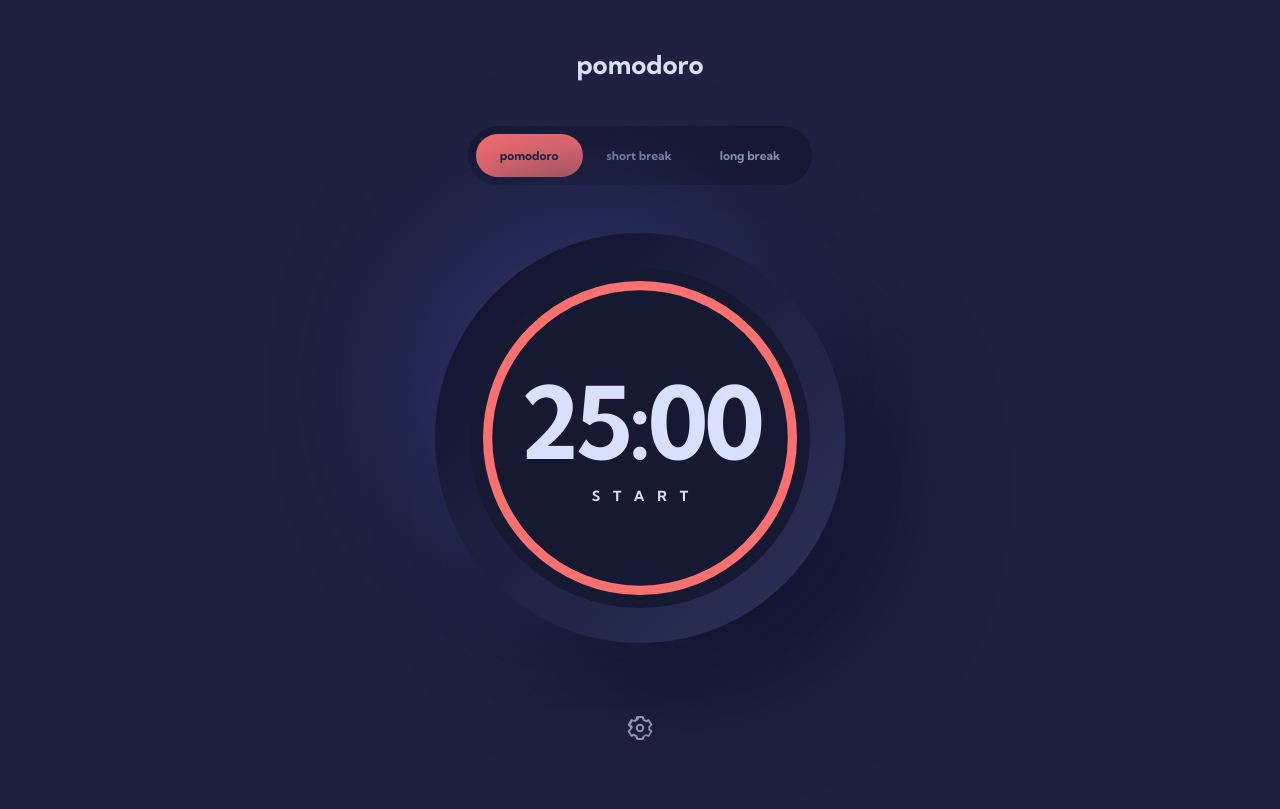
Repository: blordeus/pomodoro-app
Page: /
The author's editor kept a copy of each file at every save. The page is drawn from the files as they stood at one save, then again after the next save.
The browser window is 1280 px wide. The pictures show the whole page.
The project was rebuilt for these pictures with package versions that can differ from the ones it lists, and the page was loaded fresh each time. Also part of the build but not shown: src/components/TimeInput.jsx, src/components/SettingsModal.jsx.

Above is the page before, as saved 2026-05-09 17:58:37.

### index.html
<!doctype html>
<html lang="en">
  <head>
    <meta charset="UTF-8" />
    <meta name="viewport" content="width=device-width, initial-scale=1.0" />
    <title>Pomodoro App</title>
  </head>
  <body>
    <div id="root"></div>
    <script type="module" src="/src/main.jsx"></script>
  </body>
</html>

### src/main.jsx
import React from 'react';
import { createRoot } from 'react-dom/client';
import './index.css';
import App from './App.jsx';

createRoot(document.getElementById('root')).render(
  <React.StrictMode>
    <App />
  </React.StrictMode>
);

### src/index.css
@import url('https://fonts.googleapis.com/css2?family=Kumbh+Sans:wght@400;700&family=Roboto+Slab:wght@400;700&family=Space+Mono:wght@400;700&display=swap');

/* ─── Design Tokens ─────────────────────────────────────────── */
:root {
  --bg: #1E213F;
  --surface: #161932;
  --surface-alt: #0D0E1C;
  --text-primary: #D7E0FF;
  --text-muted: #8895B3;
  --modal-bg: #FFFFFF;
  --modal-text: #161932;
  --modal-label: #1E213F;
  --modal-section-title: #161932;
  --input-bg: #EFF1FA;
  --input-text: #1E213F;
  --divider: #E3E1E1;

  /* Accent — overridden by useSettings via JS */
  --accent: #F87070;

  /* Font — overridden by useSettings via JS */
  --font-app: 'Kumbh Sans', sans-serif;

  /* Timer sizing */
  --timer-outer: 410px;
  --timer-inner: 340px;
  --timer-ring-size: 339px;
}

/* ─── Reset & Base ──────────────────────────────────────────── */
*, *::before, *::after {
  box-sizing: border-box;
  margin: 0;
  padding: 0;
}

body {
  font-family: var(--font-app);
  background-color: var(--bg);
  color: var(--text-primary);
  min-height: 100vh;
  transition: font-family 0.2s ease;
}

button {
  cursor: pointer;
  border: none;
  background: none;
  font-family: inherit;
}

/* ─── App Layout ────────────────────────────────────────────── */
.app {
  display: flex;
  flex-direction: column;
  align-items: center;
  padding: 48px 24px 56px;
  min-height: 100vh;
}

.app__title {
  font-size: 1.625rem;
  font-weight: 700;
  letter-spacing: 0;
  color: var(--text-primary);
  margin-bottom: 45px;
}

/* ─── Mode Selector ─────────────────────────────────────────── */
.mode-selector {
  display: flex;
  align-items: center;
  background-color: var(--surface);
  border-radius: 31.5px;
  padding: 8px;
  gap: 0;
  margin-bottom: 48px;
}

.mode-btn {
  font-family: var(--font-app);
  font-size: 0.75rem;
  font-weight: 700;
  color: var(--text-muted);
  border-radius: 26.5px;
  padding: 14px 24px;
  transition: color 0.25s ease, background-color 0.25s ease;
  white-space: nowrap;
}

.mode-btn:hover {
  color: var(--text-primary);
}

.mode-btn--active {
  background-color: var(--accent);
  color: var(--modal-label);
}

/* ─── Timer ─────────────────────────────────────────────────── */
.timer-wrapper {
  margin-bottom: 63px;
}

.timer-outer {
  width: var(--timer-outer);
  height: var(--timer-outer);
  border-radius: 50%;
  background: linear-gradient(315deg, #2E325A 0%, #0E112A 100%);
  box-shadow:
    -50px -50px 100px #272C5A,
    50px 50px 100px #121530;
  display: flex;
  align-items: center;
  justify-content: center;
}

.timer-inner {
  width: var(--timer-inner);
  height: var(--timer-inner);
  border-radius: 50%;
  background: var(--surface);
  display: flex;
  align-items: center;
  justify-content: center;
  position: relative;
}

.timer-ring {
  position: absolute;
  inset: 0;
  display: flex;
  align-items: center;
  justify-content: center;
  width: 100%;
  height: 100%;
  padding: 13px;
}

.progress-ring {
  overflow: visible;
  width: 100%;
  height: 100%;
}

.timer-face {
  position: relative;
  z-index: 1;
  display: flex;
  flex-direction: column;
  align-items: center;
  gap: 15px;
  padding: 20px 40px;
  border-radius: 50%;
  background: transparent;
  transition: opacity 0.15s ease;
}

.timer-face:hover .timer-action {
  color: var(--accent);
}

.timer-time {
  font-family: var(--font-app);
  font-size: 6.25rem;
  font-weight: 700;
  color: var(--text-primary);
  letter-spacing: -4px;
  line-height: 1;
}

.timer-action {
  font-family: var(--font-app);
  font-size: 0.875rem;
  font-weight: 700;
  letter-spacing: 13px;
  color: var(--text-primary);
  text-transform: uppercase;
  transition: color 0.2s ease;
  /* offset to account for letter-spacing on last char */
  padding-left: 13px;
}

/* ─── Settings Trigger ──────────────────────────────────────── */
.settings-trigger {
  color: var(--text-muted);
  transition: color 0.2s ease;
  padding: 8px;
}

.settings-trigger:hover {
  color: var(--text-primary);
}

/* ─── Settings Modal ────────────────────────────────────────── */
.modal-backdrop {
  position: fixed;
  inset: 0;
  background: rgba(10, 12, 28, 0.5);
  display: flex;
  align-items: center;
  justify-content: center;
  z-index: 100;
  padding: 24px;
}

.modal {
  background: var(--modal-bg);
  border-radius: 25px;
  width: 100%;
  max-width: 540px;
  position: relative;
  overflow: visible;
}

.modal__header {
  display: flex;
  align-items: center;
  justify-content: space-between;
  padding: 34px 40px 28px;
  border-bottom: 1px solid var(--divider);
}

.modal__title {
  font-size: 1.75rem;
  font-weight: 700;
  color: var(--modal-label);
}

.modal__close {
  color: var(--text-muted);
  padding: 4px;
  transition: color 0.2s ease;
  display: flex;
  align-items: center;
  justify-content: center;
}

.modal__close:hover {
  color: var(--modal-label);
}

.modal__body {
  padding: 24px 40px;
}

.modal__section {
  padding: 24px 0;
}

.modal__section--row {
  display: flex;
  align-items: center;
  justify-content: space-between;
}

.modal__section-title {
  font-size: 0.6875rem;
  font-weight: 700;
  letter-spacing: 4.23px;
  color: var(--modal-section-title);
  text-transform: uppercase;
  margin-bottom: 18px;
}

.modal__section--row .modal__section-title {
  margin-bottom: 0;
}

.modal__time-inputs {
  display: flex;
  gap: 20px;
}

.modal__divider {
  height: 1px;
  background: var(--divider);
}

.modal__options {
  display: flex;
  gap: 16px;
  align-items: center;
}

.modal__footer {
  display: flex;
  justify-content: center;
  padding-bottom: 53px;
  /* Apply button overlaps the bottom of the modal */
  margin-top: -20px;
}

/* ─── TimeInput ─────────────────────────────────────────────── */
.time-input {
  flex: 1;
  display: flex;
  flex-direction: column;
  gap: 8px;
}

.time-input__label {
  font-size: 0.75rem;
  font-weight: 700;
  color: var(--text-muted);
}

.time-input__control {
  display: flex;
  align-items: center;
  justify-content: space-between;
  background: var(--input-bg);
  border-radius: 10px;
  padding: 14px 16px;
}

.time-input__value {
  font-size: 0.875rem;
  font-weight: 700;
  color: var(--input-text);
}

.time-input__arrows {
  display: flex;
  flex-direction: column;
  gap: 8px;
}

.time-input__arrow {
  color: #8895B3;
  display: flex;
  align-items: center;
  justify-content: center;
  transition: color 0.15s ease;
  padding: 0;
  line-height: 1;
}

.time-input__arrow:hover {
  color: var(--input-text);
}

/* ─── Font Buttons ──────────────────────────────────────────── */
.font-btn {
  width: 40px;
  height: 40px;
  border-radius: 50%;
  font-size: 0.9375rem;
  font-weight: 700;
  background: var(--input-bg);
  color: var(--modal-label);
  display: flex;
  align-items: center;
  justify-content: center;
  transition: background-color 0.2s ease, color 0.2s ease;
}

.font-btn--active {
  background: var(--modal-label);
  color: var(--modal-bg);
}

/* ─── Color Buttons ─────────────────────────────────────────── */
.color-btn {
  width: 40px;
  height: 40px;
  border-radius: 50%;
  position: relative;
  transition: opacity 0.2s ease;
}

.color-btn:hover {
  opacity: 0.85;
}

.color-btn--active::after {
  content: '';
  position: absolute;
  inset: 0;
  display: flex;
  align-items: center;
  justify-content: center;
  background-image: url("data:[embedded picture, 244 characters]");
  background-repeat: no-repeat;
  background-position: center;
}

/* ─── Apply Button ──────────────────────────────────────────── */
.apply-btn {
  font-family: var(--font-app);
  font-size: 1rem;
  font-weight: 700;
  color: white;
  background: var(--accent);
  border-radius: 26.5px;
  padding: 17px 47px;
  transition: filter 0.2s ease;
}

.apply-btn:hover {
  filter: brightness(1.15);
}

/* ─── Responsive ────────────────────────────────────────────── */
@media (max-width: 600px) {
  :root {
    --timer-outer: 300px;
    --timer-inner: 267px;
    --timer-ring-size: 248px;
  }

  .app {
    padding: 32px 24px 48px;
  }

  .app__title {
    margin-bottom: 40px;
  }

  .mode-selector {
    margin-bottom: 45px;
  }

  .mode-btn {
    padding: 11px 16px;
    font-size: 0.6875rem;
  }

  .timer-time {
    font-size: 5rem;
    letter-spacing: -3px;
  }

  .timer-wrapper {
    margin-bottom: 56px;
  }

  /* Settings modal: stack time inputs vertically */
  .modal__time-inputs {
    flex-direction: column;
    gap: 8px;
  }

  .time-input {
    flex-direction: row;
    align-items: center;
    justify-content: space-between;
  }

  .time-input__label {
    flex-shrink: 0;
  }

  .modal__header {
    padding: 28px 24px 24px;
  }

  .modal__body {
    padding: 24px 24px;
  }

  .modal__section--row {
    flex-direction: column;
    align-items: center;
    gap: 18px;
    text-align: center;
  }

  .modal__section-title {
    margin-bottom: 0;
  }
}

### src/App.jsx
import React, { useState } from 'react';
import { useTimer } from './hooks/useTimer';
import { useSettings } from './hooks/useSettings';
import ModeSelector from './components/ModeSelector';
import TimerDisplay from './components/TimerDisplay';
import SettingsModal from './components/SettingsModal';

const App = () => {
  const { settings, applySettings } = useSettings();
  const { mode, status, formattedTime, progress, start, pause, restart, switchMode } = useTimer(settings);
  const [showSettings, setShowSettings] = useState(false);

  return (
    <div className="app">
      <h1 className="app__title">pomodoro</h1>

      <ModeSelector mode={mode} onSwitch={switchMode} />

      <TimerDisplay
        formattedTime={formattedTime}
        progress={progress}
        status={status}
        onStart={start}
        onPause={pause}
        onRestart={restart}
      />

      <button
        className="settings-trigger"
        onClick={() => setShowSettings(true)}
        aria-label="Open settings"
      >
        <svg width="28" height="28" viewBox="0 0 28 28" xmlns="http://www.w3.org/2000/svg" fill="currentColor">
          <path fillRule="evenodd" clipRule="evenodd" d="M14 9.8a4.2 4.2 0 100 8.4 4.2 4.2 0 000-8.4zM11.8 14a2.2 2.2 0 114.4 0 2.2 2.2 0 01-4.4 0z"/>
          <path fillRule="evenodd" clipRule="evenodd" d="M11.28 2a1 1 0 00-.97.757L9.6 5.09a9.14 9.14 0 00-1.49.863L5.75 5.2a1 1 0 00-1.163.44l-2.72 4.71a1 1 0 00.22 1.247l1.87 1.57a9.225 9.225 0 000 1.664l-1.87 1.57a1 1 0 00-.22 1.247l2.72 4.71a1 1 0 001.163.44l2.36-.753c.469.332.965.625 1.49.863l.71 2.333A1 1 0 0011.28 26h5.44a1 1 0 00.97-.757l.71-2.333a9.14 9.14 0 001.49-.863l2.36.753a1 1 0 001.163-.44l2.72-4.71a1 1 0 00-.22-1.247l-1.87-1.57a9.22 9.22 0 000-1.664l1.87-1.57a1 1 0 00.22-1.247l-2.72-4.71A1 1 0 0022.25 5.2l-2.36.753a9.14 9.14 0 00-1.49-.863l-.71-2.333A1 1 0 0016.72 2h-5.44zm.793 2h3.854l.636 2.088a1 1 0 00.643.664 7.14 7.14 0 012.122 1.228 1 1 0 00.928.163l2.115-.675 1.927 3.338-1.674 1.406a1 1 0 00-.35.926c.053.352.08.71.08 1.062s-.027.71-.08 1.062a1 1 0 00.35.926l1.674 1.406-1.927 3.338-2.115-.675a1 1 0 00-.928.163 7.14 7.14 0 01-2.122 1.228 1 1 0 00-.643.664L15.927 24h-3.854l-.636-2.088a1 1 0 00-.643-.664 7.14 7.14 0 01-2.122-1.228 1 1 0 00-.928-.163l-2.115.675-1.927-3.338 1.674-1.406a1 1 0 00.35-.926A7.27 7.27 0 016.646 14c0-.352.027-.71.08-1.062a1 1 0 00-.35-.926L4.702 10.606l1.927-3.338 2.115.675a1 1 0 00.928-.163A7.14 7.14 0 0111.794 6.57a1 1 0 00.643-.664L13.073 4z"/>
        </svg>
      </button>

      {showSettings && (
        <SettingsModal
          settings={settings}
          onApply={applySettings}
          onClose={() => setShowSettings(false)}
        />
      )}
    </div>
  );
};

export default App;

### src/hooks/useTimer.js
import { useState, useEffect, useRef, useCallback } from 'react';

const MODES = {
  pomodoro: 'pomodoro',
  shortBreak: 'shortBreak',
  longBreak: 'longBreak',
};

export const useTimer = (settings) => {
  const [mode, setMode] = useState(MODES.pomodoro);
  const [status, setStatus] = useState('idle'); // idle | running | paused | complete
  const [timeLeft, setTimeLeft] = useState(settings.pomodoro * 60);
  const intervalRef = useRef(null);

  const totalTime = settings[mode] * 60;

  // Reset timer when mode or settings change
  useEffect(() => {
    clearInterval(intervalRef.current);
    setStatus('idle');
    setTimeLeft(settings[mode] * 60);
  }, [mode, settings]);

  useEffect(() => {
    if (status === 'running') {
      intervalRef.current = setInterval(() => {
        setTimeLeft((prev) => {
          if (prev <= 1) {
            clearInterval(intervalRef.current);
            setStatus('complete');
            return 0;
          }
          return prev - 1;
        });
      }, 1000);
    } else {
      clearInterval(intervalRef.current);
    }

    return () => clearInterval(intervalRef.current);
  }, [status]);

  const start = useCallback(() => setStatus('running'), []);
  const pause = useCallback(() => setStatus('paused'), []);
  const restart = useCallback(() => {
    setStatus('idle');
    setTimeLeft(settings[mode] * 60);
  }, [mode, settings]);

  const switchMode = useCallback((newMode) => {
    setMode(newMode);
  }, []);

  const minutes = Math.floor(timeLeft / 60);
  const seconds = timeLeft % 60;
  const formattedTime = `${String(minutes).padStart(2, '0')}:${String(seconds).padStart(2, '0')}`;
  const progress = timeLeft / totalTime; // 1 = full, 0 = empty

  return {
    mode,
    status,
    timeLeft,
    totalTime,
    formattedTime,
    progress,
    start,
    pause,
    restart,
    switchMode,
    MODES,
  };
};

### src/hooks/useSettings.js
import { useState, useEffect } from 'react';

const STORAGE_KEY = 'pomodoro-settings';

const DEFAULT_SETTINGS = {
  pomodoro: 25,
  shortBreak: 5,
  longBreak: 15,
  font: 'kumbh',   // kumbh | roboto | mono
  color: 'red',    // red | cyan | purple
};

export const useSettings = () => {
  const [settings, setSettings] = useState(() => {
    try {
      const saved = localStorage.getItem(STORAGE_KEY);
      return saved ? { ...DEFAULT_SETTINGS, ...JSON.parse(saved) } : DEFAULT_SETTINGS;
    } catch {
      return DEFAULT_SETTINGS;
    }
  });

  // Apply font + color to :root whenever settings change
  useEffect(() => {
    const root = document.documentElement;

    const fontMap = {
      kumbh: "'Kumbh Sans', sans-serif",
      roboto: "'Roboto Slab', serif",
      mono: "'Space Mono', monospace",
    };

    const colorMap = {
      red: '#F87070',
      cyan: '#70F3F8',
      purple: '#D881F8',
    };

    root.style.setProperty('--accent', colorMap[settings.color]);
    root.style.setProperty('--font-app', fontMap[settings.font]);
  }, [settings.font, settings.color]);

  const applySettings = (newSettings) => {
    const merged = { ...settings, ...newSettings };
    setSettings(merged);
    try {
      localStorage.setItem(STORAGE_KEY, JSON.stringify(merged));
    } catch {
      // storage unavailable, silently continue
    }
  };

  return { settings, applySettings };
};

### src/components/ModeSelector.jsx
import React, { useState } from 'react';

const LABELS = {
  pomodoro: 'pomodoro',
  shortBreak: 'short break',
  longBreak: 'long break',
};

const ModeSelector = ({ mode, onSwitch }) => {
  return (
    <nav className="mode-selector" aria-label="Timer mode">
      {Object.entries(LABELS).map(([key, label]) => (
        <button
          key={key}
          className={`mode-btn${mode === key ? ' mode-btn--active' : ''}`}
          onClick={() => onSwitch(key)}
          aria-pressed={mode === key}
        >
          {label}
        </button>
      ))}
    </nav>
  );
};

export default ModeSelector;

### src/components/TimerDisplay.jsx
import React, { useState } from 'react';
import CircularProgress from './CircularProgress';

const ACTION_LABELS = {
  idle: 'START',
  running: 'PAUSE',
  paused: 'RESUME',
  complete: 'RESTART',
};

const TimerDisplay = ({ formattedTime, progress, status, onStart, onPause, onRestart }) => {
  const actionLabel = ACTION_LABELS[status];

  const handleAction = () => {
    if (status === 'idle' || status === 'paused') onStart();
    else if (status === 'running') onPause();
    else if (status === 'complete') onRestart();
  };

  return (
    <div className="timer-wrapper">
      {/* Outer decorative circle with layered shadow effect */}
      <div className="timer-outer">
        <div className="timer-inner">
          {/* SVG progress ring sits behind the content */}
          <div className="timer-ring">
            <CircularProgress progress={progress} />
          </div>
          {/* Time + action button */}
          <button
            className="timer-face"
            onClick={handleAction}
            aria-label={`${actionLabel} timer, time remaining ${formattedTime}`}
          >
            <span className="timer-time">{formattedTime}</span>
            <span className="timer-action">{actionLabel}</span>
          </button>
        </div>
      </div>
    </div>
  );
};

export default TimerDisplay;

### src/components/CircularProgress.jsx
import React, { useState } from 'react';

const CircularProgress = ({ progress, size = 339, strokeWidth = 10 }) => {
  const radius = (size - strokeWidth) / 2;
  const circumference = 2 * Math.PI * radius;
  const offset = circumference - progress * circumference;

  return (
    <svg
      width="100%"
      height="100%"
      viewBox={`0 0 ${size} ${size}`}
      className="progress-ring"
      aria-hidden="true"
    >
      {/* Track (background ring) — invisible, just for spacing */}
      <circle
        cx={size / 2}
        cy={size / 2}
        r={radius}
        fill="none"
        stroke="transparent"
        strokeWidth={strokeWidth}
      />
      {/* Progress arc */}
      <circle
        cx={size / 2}
        cy={size / 2}
        r={radius}
        fill="none"
        stroke="var(--accent)"
        strokeWidth={strokeWidth}
        strokeLinecap="round"
        strokeDasharray={circumference}
        strokeDashoffset={offset}
        // Start at 12 o'clock (default SVG starts at 3 o'clock)
        transform={`rotate(-90 ${size / 2} ${size / 2})`}
        style={{ transition: 'stroke-dashoffset 0.5s linear' }}
      />
    </svg>
  );
};

export default CircularProgress;

After the next save:
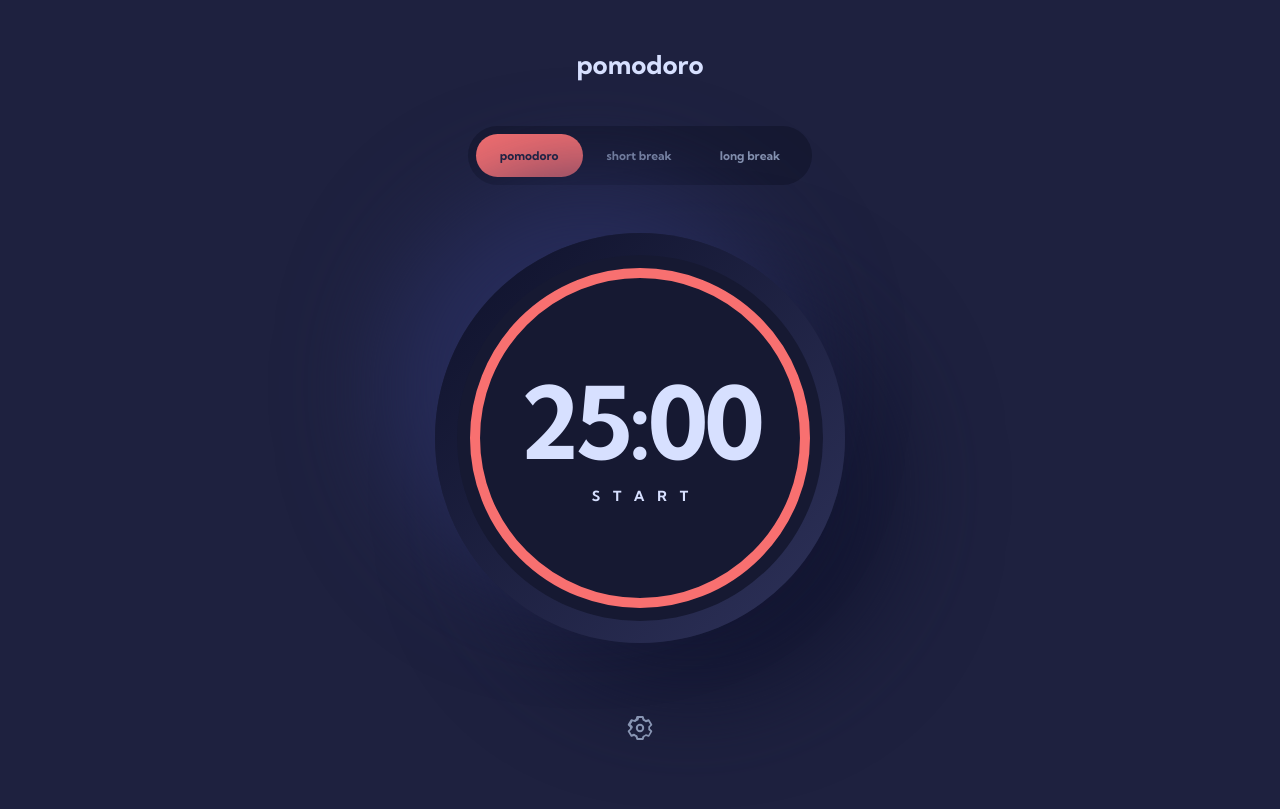
Saved 11 s later.
--- a/src/index.css
+++ b/src/index.css
@@ -23,7 +23,7 @@
 
   /* Timer sizing */
   --timer-outer: 410px;
-  --timer-inner: 340px;
+  --timer-inner: 366px;
   --timer-ring-size: 339px;
 }
 

After the save that followed:
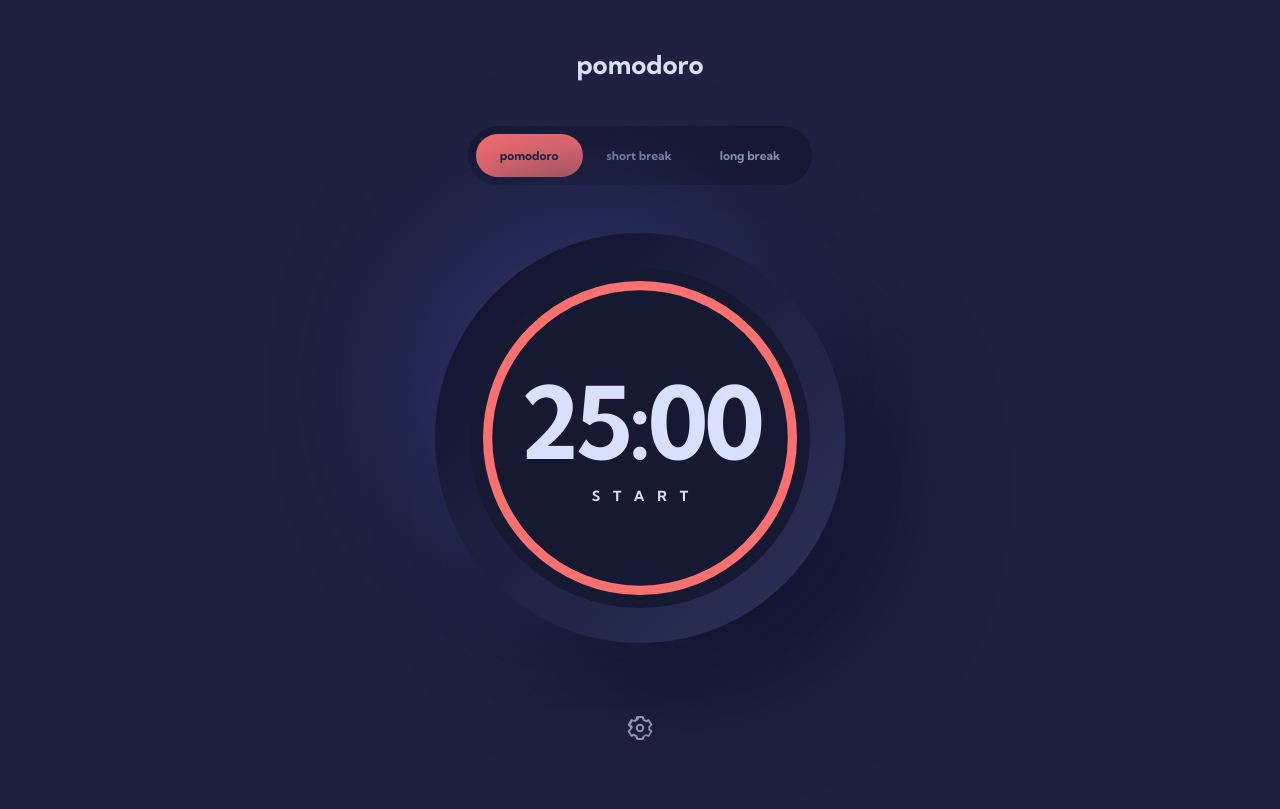
Saved 9 s later.
--- a/src/index.css
+++ b/src/index.css
@@ -23,7 +23,7 @@
 
   /* Timer sizing */
   --timer-outer: 410px;
-  --timer-inner: 366px;
+  --timer-inner: 340px;
   --timer-ring-size: 339px;
 }
 
